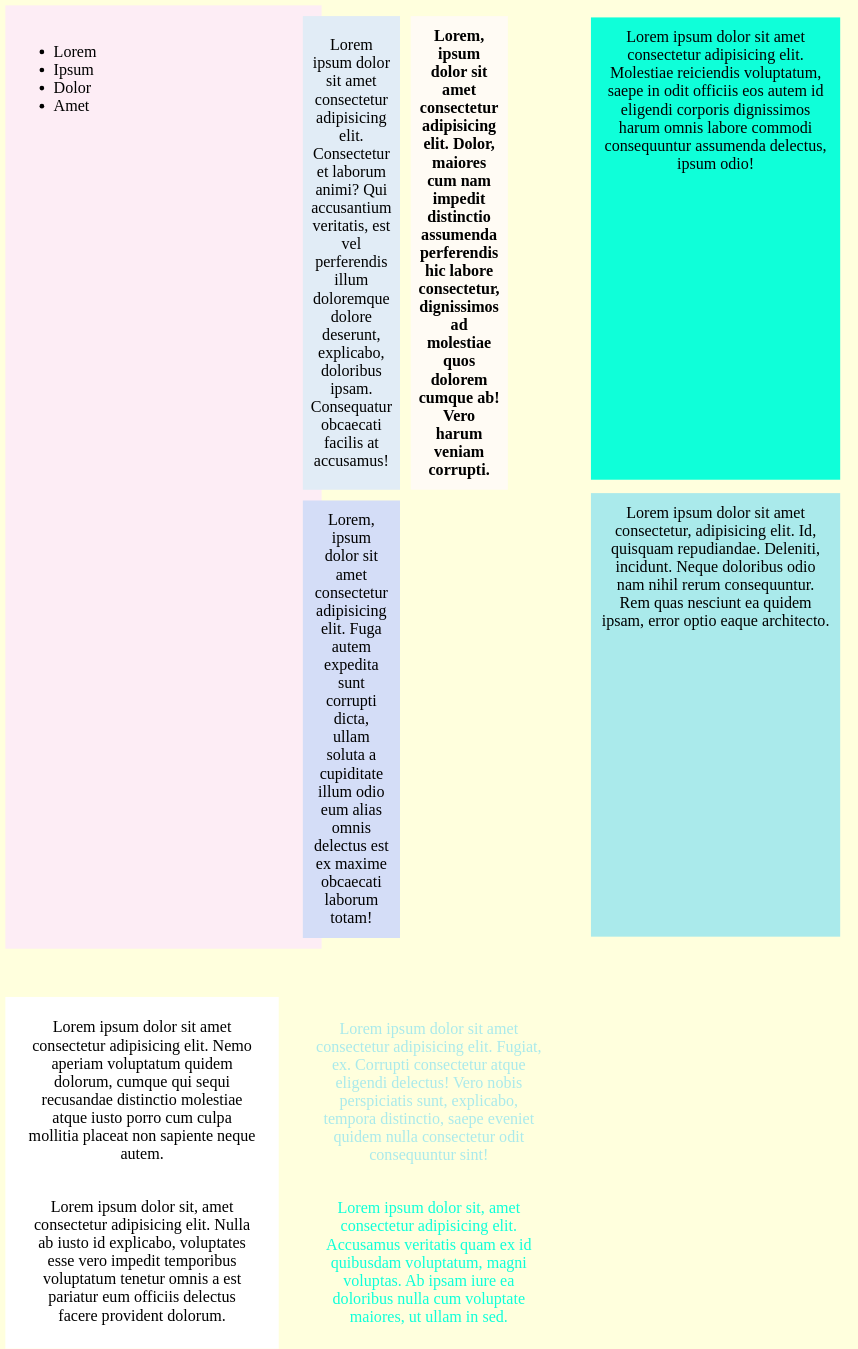
Repository: HTML-a-CSS-2/projekt-portfolio-Angelina555555
Page: .github/index.html
An editor plug-in stored every save of this project. The page is shown before and after the next save, followed by the edit.
The browser window is 1280 px wide. The pictures show the whole page, at 67% of full size.

Above is the page before, as saved 2022-05-15 19:11:56.

### .github/index.html
<!DOCTYPE html>
<html lang="en">
  <head>
    <meta charset="UTF-8" />
    <meta http-equiv="X-UA-Compatible" content="IE=edge" />
    <meta name="viewport" content="width=device-width, initial-scale=1.0" />
    <link rel="stylesheet" href="default.css" />
    <title>Document</title>
  </head>
  <body>
    <div class="menu">
      <ul id="menu">
        <li>Lorem</li>
        <li>Ipsum</li>
        <li>Dolor</li>
        <li>Amet</li>
      </ul>
    </div>

    <div class="article">
      <div class="article__element-jeden article__element-jeden--blue">
        Lorem ipsum dolor sit amet consectetur adipisicing elit. Consectetur et
        laborum animi? Qui accusantium veritatis, est vel perferendis illum
        doloremque dolore deserunt, explicabo, doloribus ipsam. Consequatur
        obcaecati facilis at accusamus!
      </div>
      <div
        class="article__element-dva article__element-dva--pink article__element-dva--big"
      >
        Lorem, ipsum dolor sit amet consectetur adipisicing elit. Dolor, maiores
        cum nam impedit distinctio assumenda perferendis hic labore consectetur,
        dignissimos ad molestiae quos dolorem cumque ab! Vero harum veniam
        corrupti.
      </div>
      <div class="article__element-tri article__element-tri--purple">
        Lorem, ipsum dolor sit amet consectetur adipisicing elit. Fuga autem
        expedita sunt corrupti dicta, ullam soluta a cupiditate illum odio eum
        alias omnis delectus est ex maxime obcaecati laborum totam!
      </div>
    </div>
    <div class="age">
      <div class="age__element-ctyri age__element-ctyri--green">
        Lorem ipsum dolor sit amet consectetur adipisicing elit. Molestiae
        reiciendis voluptatum, saepe in odit officiis eos autem id eligendi
        corporis dignissimos harum omnis labore commodi consequuntur assumenda
        delectus, ipsum odio!
      </div>
      <div class="age__element-pet age__element-pet--mint">
        Lorem ipsum dolor sit amet consectetur, adipisicing elit. Id, quisquam
        repudiandae. Deleniti, incidunt. Neque doloribus odio nam nihil rerum
        consequuntur. Rem quas nesciunt ea quidem ipsam, error optio eaque
        architecto.
      </div>
    </div>
    <div class="leader">
      <div class="leader__element-sest leader__element-sest--padding-small">
        Lorem ipsum dolor sit amet consectetur adipisicing elit. Nemo aperiam
        voluptatum quidem dolorum, cumque qui sequi recusandae distinctio
        molestiae atque iusto porro cum culpa mollitia placeat non sapiente
        neque autem.
      </div>
      <div class="leader__element-sedm leader__element-sedm--padding-small">
        Lorem ipsum dolor sit, amet consectetur adipisicing elit. Nulla ab iusto
        id explicabo, voluptates esse vero impedit temporibus voluptatum tenetur
        omnis a est pariatur eum officiis delectus facere provident dolorum.
      </div>
    </div>
    <div class="blok-posledni">
      <div class="blok-posledni__element-osm blok-posledni__element-osm--mint">
        Lorem ipsum dolor sit amet consectetur adipisicing elit. Fugiat, ex.
        Corrupti consectetur atque eligendi delectus! Vero nobis perspiciatis
        sunt, explicabo, tempora distinctio, saepe eveniet quidem nulla
        consectetur odit consequuntur sint!
      </div>
      <div
        class="blok-posledni__element-devet blok-posledni__element-devet--green"
      >
        Lorem ipsum dolor sit, amet consectetur adipisicing elit. Accusamus
        veritatis quam ex id quibusdam voluptatum, magni voluptas. Ab ipsam iure
        ea doloribus nulla cum voluptate maiores, ut ullam in sed.
      </div>
    </div>
  </body>
</html>

### .github/default.css
body {
  height: 100vh;
  background-color: #ffffdd;
  display: grid;
  grid-template-columns: 1fr 1fr 1fr;
  grid-template-rows: 1fr 1fr 1fr;
  gap: 10% 20px;
  grid-template-areas: "menu menu menu";
}

.menu {
  display: flex;
  flex-wrap: wrap;

  width: 100%;
  background-color: #fdedf5;
  padding: 2rem;
  font-size: 1.5rem;
}

.article,
.age,
.leader,
.blok-posledni {
  padding: 1rem;
  display: flex;
  flex-wrap: wrap;
  text-align: center;
  gap: 1rem;
}

.article__element-jeden,
.article__element-dva,
.article__element-tri {
  display: flex;
  justify-content: center;
  align-items: center;
  padding: 1rem 1rem;
  width: 30%;
  font-size: 1.5rem;
}

.article__element-jeden--blue {
  background-color: #e1ecf6;
}
.article__element-dva--pink {
  background-color: #fffbf4;
}
.article__element-tri--purple {
  background-color: #d4ddf7;
}

.article__element-dva--big {
  font-weight: bold;
}

.age__element-ctyri,
.age__element-pet,
.leader__element-sest,
.leader__element-sedm,
.blok-posledni__element-osm,
.blok-posledni__element-devet {
  padding: 1rem 1rem;
  margin: 2px;
  font-size: 1.5rem;
}

.age__element-ctyri--green {
  background-color: #0fffd9;
}
.age__element-pet--mint {
  background-color: #aaeaeb;
}
.leader {
  background-color: white;
}
.leader__element-sest--padding-small,
.leader__element-sedm--padding-small {
  padding: 0.9rem;
}
.blok-posledni__element-osm--mint {
  color: #aaeaeb;
}

.blok-posledni__element-devet--green {
  color: #0fffd9;
}

After the next save:
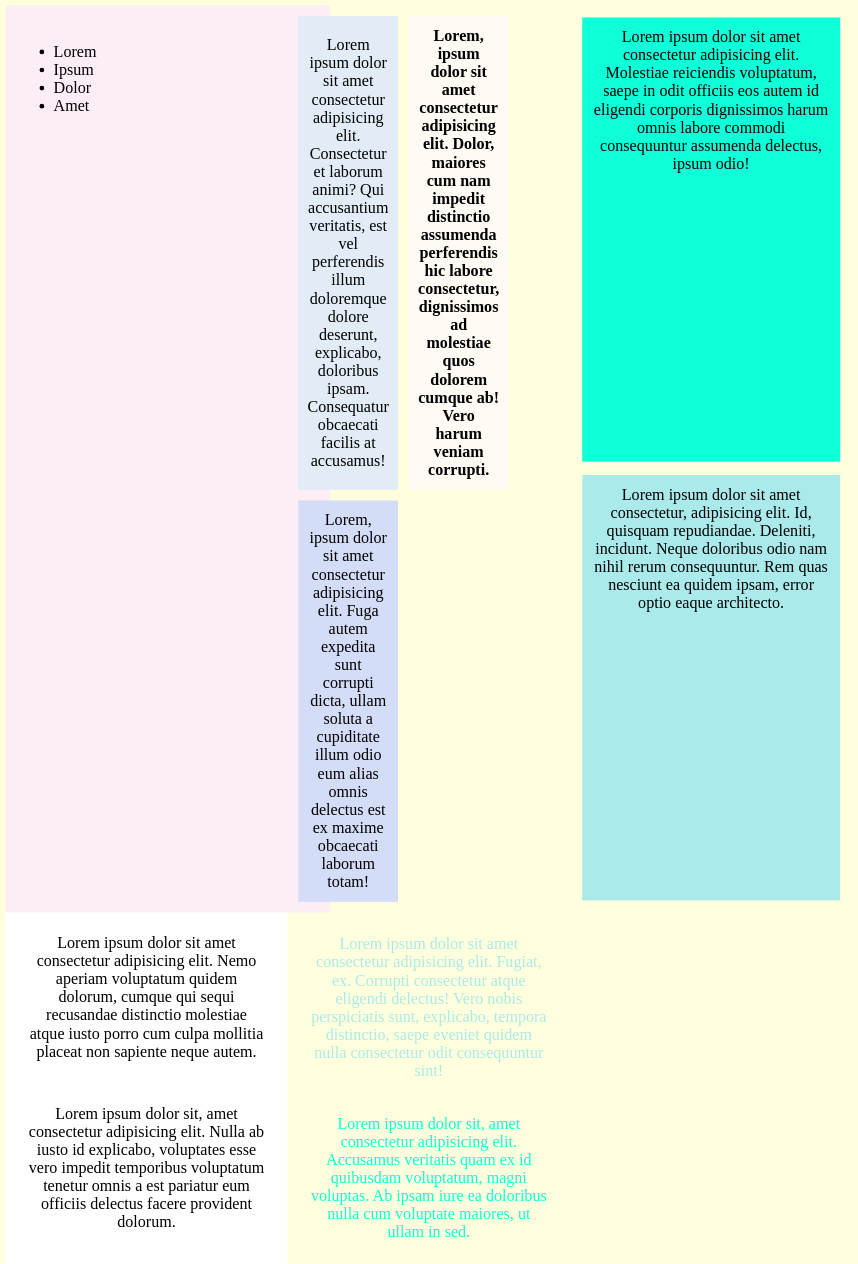
Saved 14 s later.
--- a/.github/default.css
+++ b/.github/default.css
@@ -4,7 +4,7 @@ body {
   display: grid;
   grid-template-columns: 1fr 1fr 1fr;
   grid-template-rows: 1fr 1fr 1fr;
-  gap: 10% 20px;
+
   grid-template-areas: "menu menu menu";
 }
 
